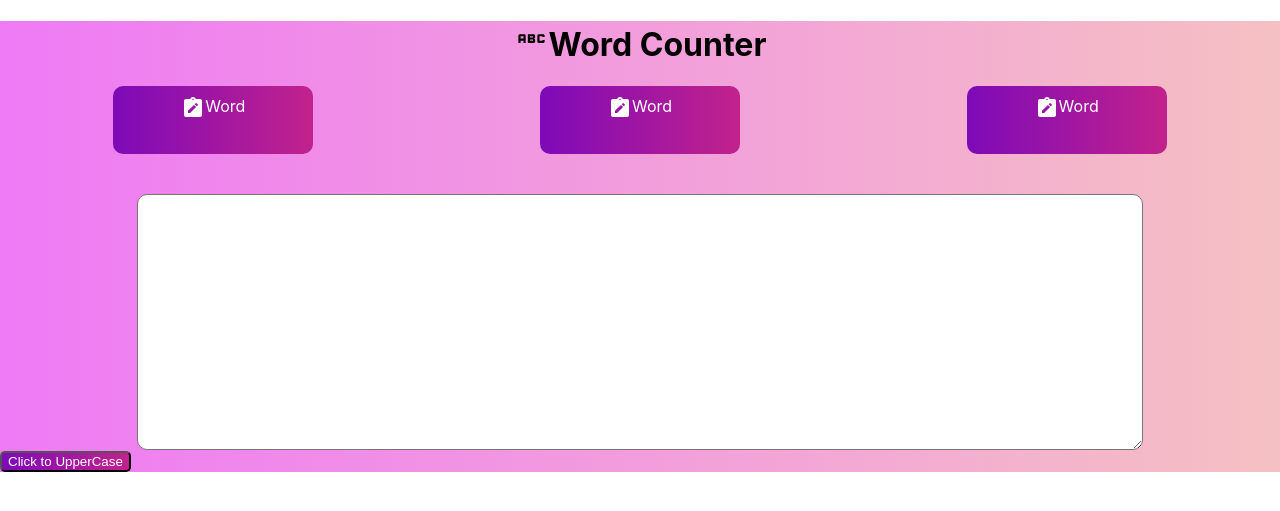
Repository: 123cuongcao/nopbai-basic
Page: /
An editor plug-in stored every save of this project. The page is shown before and after the next save, followed by the edit.
The browser window is 1280 px wide. The pictures show the whole page.
The project was rebuilt for these pictures with package versions that can differ from the ones it lists, and the page was loaded fresh each time.

Above is the page before, as saved 2023-08-15 11:47:06.

After the next save:
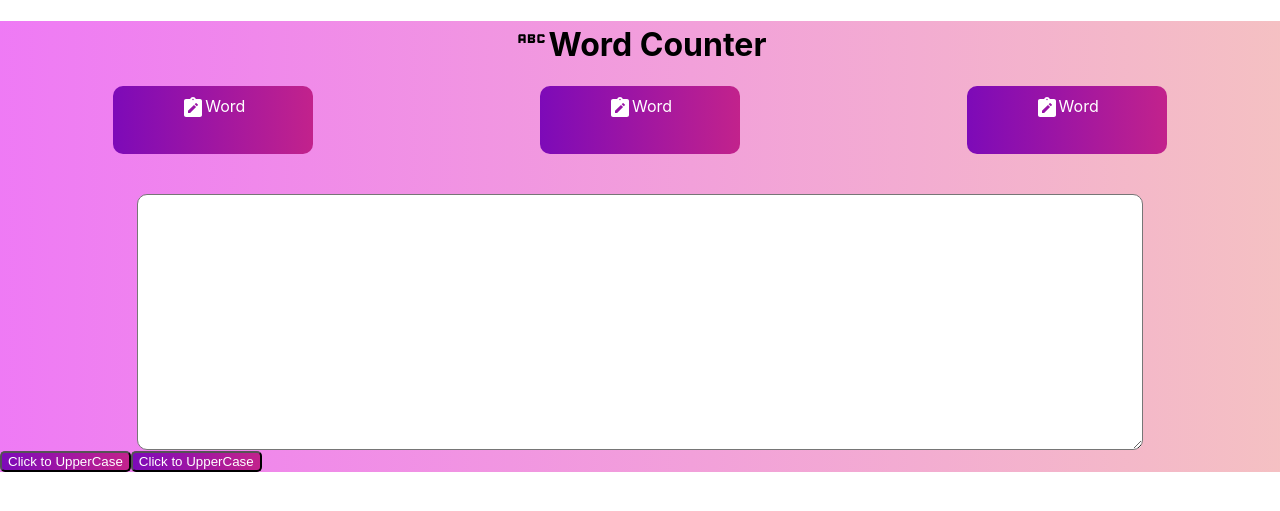
Saved 11 s later.
--- a/src/components/index.jsx
+++ b/src/components/index.jsx
@@ -24,6 +24,7 @@ export default function Index() {
 
       <div>
             <button style={{background:'linear-gradient(to right,#7D0AB8,#C2228C',color:'#fff',borderRadius:'5px'}} >Click to UpperCase</button>
+            <button style={{background:'linear-gradient(to right,#7D0AB8,#C2228C',color:'#fff',borderRadius:'5px'}} >Click to UpperCase</button>
 
       </div>
     </div>
